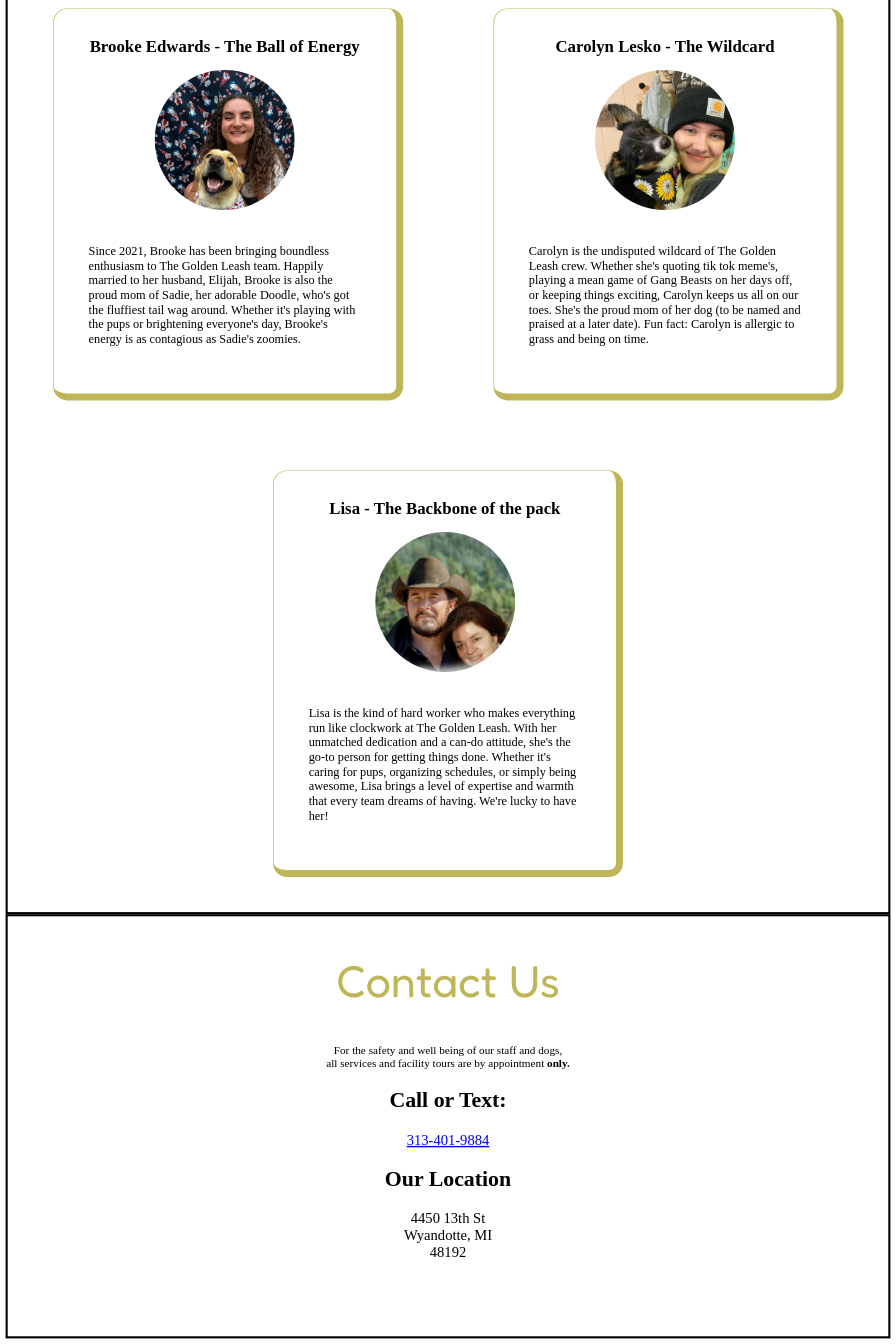
Repository: Aworminator/Thegoldenleash
Page: index.html
An editor plug-in stored every save of this project. The page is shown before and after the next save, followed by the edit.
The browser window is 1280 px wide. The pictures show the part of the page from y = 2820 to 4740 px (the page is 4740 px tall), at 70% of full size.

Above is the page before, as saved 2025-07-23 22:30:23.

After the next save:
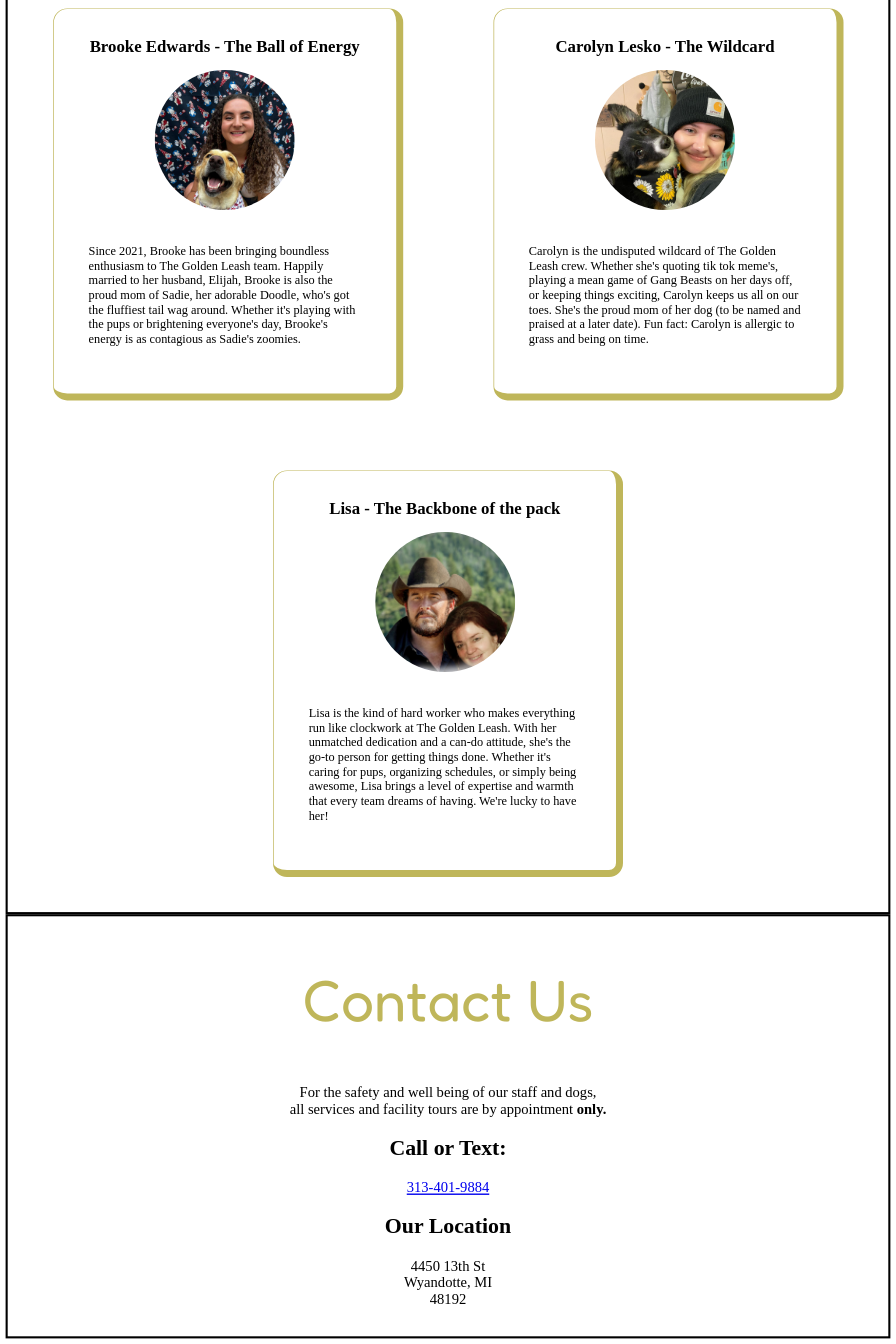
Saved 46 s later.
--- a/style.css
+++ b/style.css
@@ -228,7 +228,7 @@ li {
   text-align: center;
 }
 
-.callOrText {
+.contact {
   font-size: 1.3em;
 }
 
